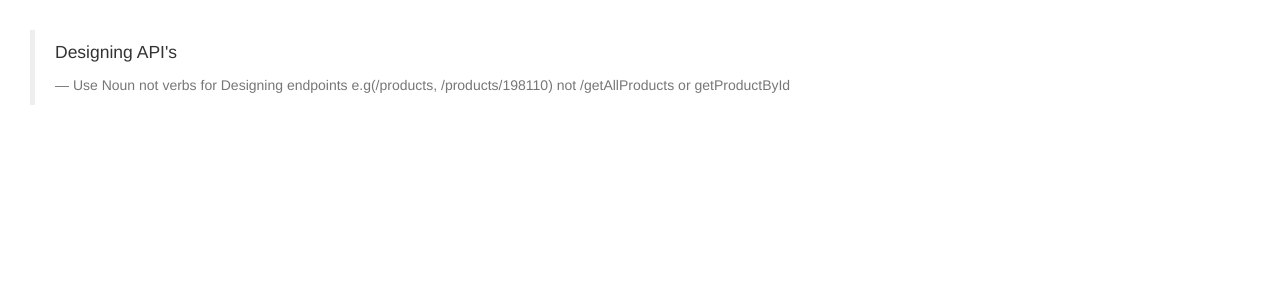
Repository: rahil001/preparation
Page: javascriptPrac/ApiDesign.html
An editor plug-in stored every save of this project. The page is shown before and after the next save, followed by the edit.
The browser window is 1280 px wide. The pictures show the whole page.

Above is the page before, as saved 2019-10-29 22:30:10.

### javascriptPrac/ApiDesign.html
<!DOCTYPE html>
<html lang="en">
<head>
    <meta charset="UTF-8">
    <title>getting started with javascript</title>
    <link rel="stylesheet" href="https://maxcdn.bootstrapcdn.com/bootstrap/3.3.7/css/bootstrap.min.css  ">
    <style>
        body, .jumbotron{
            padding: 30px;
        }
        .text-giant{
            font-size: 40px;
        }
        .singleT {
            margin-top: 40px;
        }
    </style>
</head>
<body>
<div class>
    <blockquote class="blockquote">
        <p class="mb-0">Designing API's</p>
        <footer class="blockquote-footer">Use Noun not verbs for Designing endpoints e.g(/products, /products/198110) not /getAllProducts or getProductById</footer>
    </blockquote>
</div>
<script src="app.js"></script>
</body>
</html>

Loaded but not shown: javascriptPrac/app.js (no copy from this time; the picture is the same without it)

After the next save:
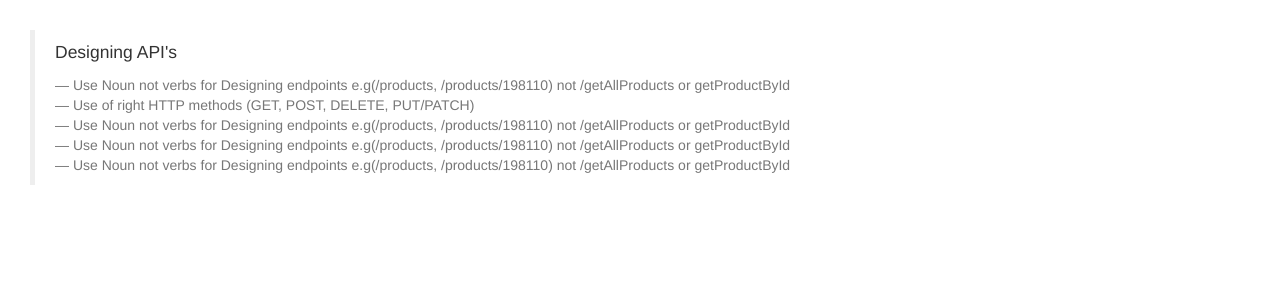
Saved 47 s later.
--- a/javascriptPrac/ApiDesign.html
+++ b/javascriptPrac/ApiDesign.html
@@ -21,6 +21,10 @@
     <blockquote class="blockquote">
         <p class="mb-0">Designing API's</p>
         <footer class="blockquote-footer">Use Noun not verbs for Designing endpoints e.g(/products, /products/198110) not /getAllProducts or getProductById</footer>
+        <footer class="blockquote-footer">Use of right HTTP methods (GET, POST, DELETE, PUT/PATCH)</footer>
+        <footer class="blockquote-footer">Use Noun not verbs for Designing endpoints e.g(/products, /products/198110) not /getAllProducts or getProductById</footer>
+        <footer class="blockquote-footer">Use Noun not verbs for Designing endpoints e.g(/products, /products/198110) not /getAllProducts or getProductById</footer>
+        <footer class="blockquote-footer">Use Noun not verbs for Designing endpoints e.g(/products, /products/198110) not /getAllProducts or getProductById</footer>
     </blockquote>
 </div>
 <script src="app.js"></script>
